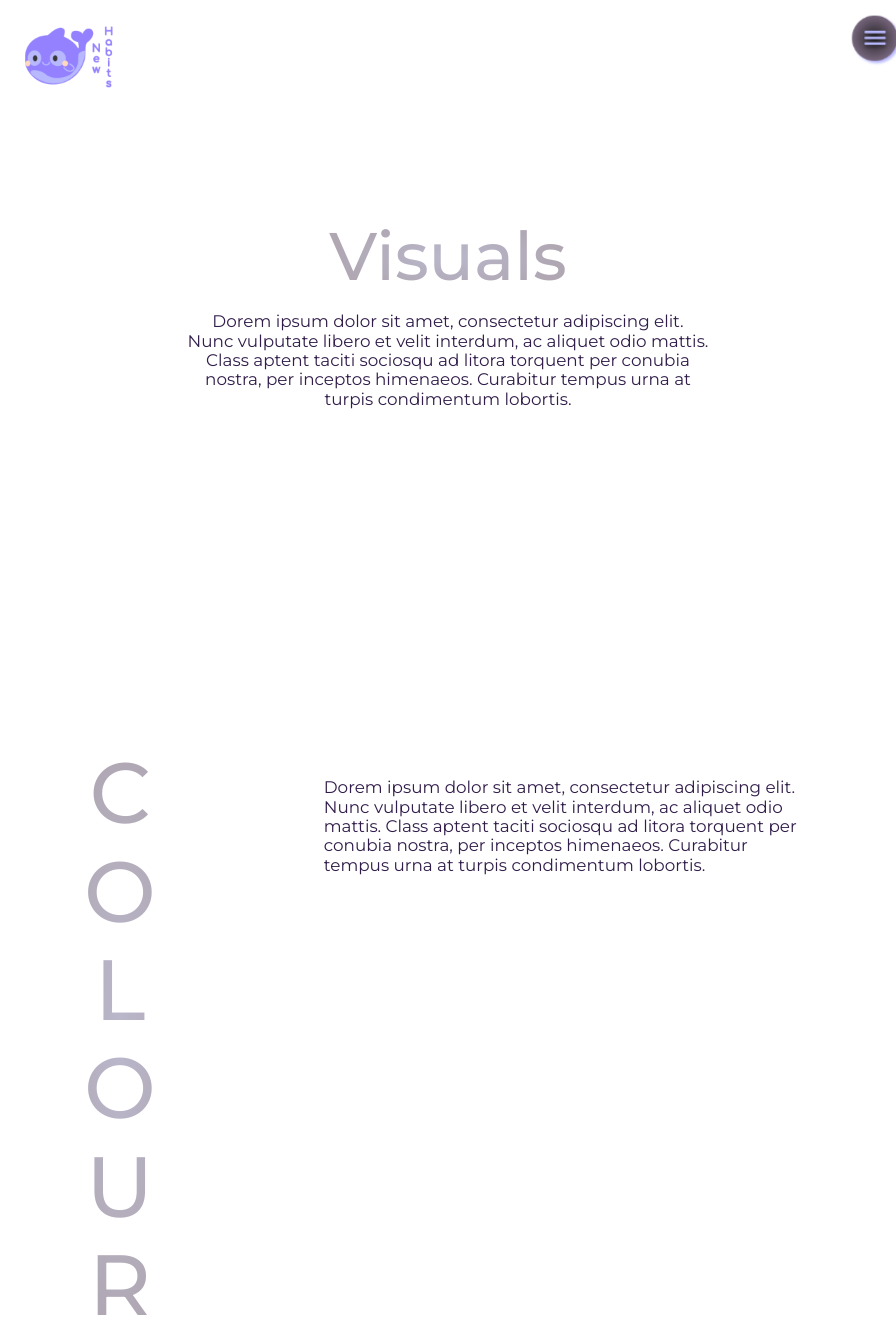
Repository: sierralaurent/Styleguide-Big_Project
Page: visuals.html
The author's editor kept a copy of each file at every save. The page is drawn from the files as they stood at one save, then again after the next save.
The browser window is 1280 px wide. The pictures show the part of the page from y = 0 to 1920 px (the page is 3164 px tall), at 70% of full size.
Some web fonts or font styles are not loaded; a fallback is used.

Above is the page before, as saved 2023-03-10 13:42:34.

### visuals.html
<!DOCTYPE html>
<html lang="en">
  <head>
    <title>New Habits Web-App | Visuals </title>
    <meta property="og:title" content="Welcome to the New Habits Web-App Home Page" />
    <meta name="viewport" content="width=device-width, initial-scale=1.0" />
    <meta charset="utf-8" />
    <link rel="icon" type="image/x-icon" href="/assets/favicon.ico">

    <link
      rel="stylesheet"
      href="https://fonts.googleapis.com/css2?family=Montserrat:ital,wght@0,100;0,200;0,300;0,400;0,500;0,600;0,700;0,800;0,900;1,100;1,200;1,300;1,400;1,500;1,600;1,700;1,800;1,900&amp;display=swap"
      data-tag="font"
    />
    <link rel="stylesheet" href="./style.css" />
    <link href="./visuals.css" rel="stylesheet" />
    <link href="./navstyle.css" rel="stylesheet" />

  </head>
  <header>
    <div class="logo">
      <a href="index.html">
        <img src="assets/logo.png" alt="logo" />
      </a>
    </div>
    <div class="navigation">
      <button class="hamburger" onclick="show()">
        <img src="assets/burger.png" />
      </button>
      <nav>
        <h1 class="menutitle">Menu</h1>
        <ul>
          <li><a href="home.html">Home</a></li>
          <li><a>Logo</a></li>
          <li><a>Colours & Typo</a></li>
          <li><a href="visuals.html">Visuals</a></li>
        </ul>
      </nav>
    </div>
    <script src="nav.js"></script>
  </header>
  <body>
    <div>
      <div class="home-container">
        <div class="home-container1">
          <div class="home-container2">
            <h1 class="home-text01 Title">Visuals</h1>
            <p class="home-text02 body">
              Dorem ipsum dolor sit amet, consectetur adipiscing elit. Nunc
              vulputate libero et velit interdum, ac aliquet odio mattis. Class
              aptent taciti sociosqu ad litora torquent per conubia nostra, per
              inceptos himenaeos. Curabitur tempus urna at turpis condimentum
              lobortis.
            </p>
          </div>
        </div>
        <div class="home-container3">
          <p class="home-text03 sidetitle">
            <span>C</span>
            <br />
            <span>O</span>
            <br />
            <span>L</span>
            <br />
            <span>O</span>
            <br />
            <span>U</span>
            <br />
            <span>R</span>
            <br />
          </p>
          <div class="home-text17 body">
            Dorem ipsum dolor sit amet, consectetur adipiscing elit. Nunc
            vulputate libero et velit interdum, ac aliquet odio mattis. Class
            aptent taciti sociosqu ad litora torquent per conubia nostra, per
            inceptos himenaeos. Curabitur tempus urna at turpis condimentum
            lobortis.
          </div>
        </div>
        <div class="home-container3">
            <p class="home-text03 sidetitle">
              <span>I</span>
              <br />
              <span>C</span>
              <br />
              <span>O</span>
              <br />
              <span>N</span>
              <br />
              <span>S</span>
              <br />
            </p>
            <p class="home-text17 body">
              Dorem ipsum dolor sit amet, consectetur adipiscing elit. Nunc
              vulputate libero et velit interdum, ac aliquet odio mattis. Class
              aptent taciti sociosqu ad litora torquent per conubia nostra, per
              inceptos himenaeos. Curabitur tempus urna at turpis condimentum
              lobortis.
            </p>
          </div>
        <footer class="home-footer">
          <p class="home-text24">
            © 2023 New Habits, All Rights Reserved.
          </p>
        </footer>
      </div>
    </div>
  </body>
</html>

### style.css
:root {
  --dl-black: #212121ff;
  --dl-creme: #f9f9ffff;
  --dl-white: #f8f9f9ff;
  --dark-purple: #311D4A;

}

.body {
  font-size: 24px;
  font-family: Montserrat;
  font-weight: 400;
  line-height: 1.15;
  text-transform: none;
  text-decoration: none;
}
.sidetitle {
  font-size: 122px;
  font-family: Montserrat;
  font-weight: 500;
  line-height: 1.15;
  text-transform: none;
  text-decoration: none;
}
.Title {
  font-size: 96px;
  font-family: Montserrat;
  font-weight: 500;
  line-height: 1.15;
  text-transform: none;
  text-decoration: none;
}

html {
  line-height: 1.15;
}
body {
  margin: 0;
}
* {
  box-sizing: border-box;
  border-width: 0;
  border-style: solid;
}
p,
li,
ul,
pre,
div,
h1,
h2,
figure,
blockquote,
figcaption {
  margin: 0;
  padding: 0;
}

a {
  color: inherit;
  text-decoration: inherit;
}
input {
  padding: 2px 4px;
}
img {
  display: block;
}
html {
  scroll-behavior: smooth;
}

### visuals.css
/* Define the scrollbar style */
::-webkit-scrollbar {
    width: 10px;
  }

  ::-webkit-scrollbar-thumb {
    background-image: linear-gradient(180deg, var(--light-purple) 0%, var(--main-purple) 99%);
    box-shadow: inset 2px 2px 5px 0 var(--creme);
    border-radius: 100px;
  }

  html {
    font-family: Montserrat;
    font-size: 24px;
    scroll-behavior: smooth;
  }

  body {
    font-weight: 400;
    font-style: normal;
    text-decoration: none;
    text-transform: none;
    letter-spacing: normal;
    line-height: 1.15;
    color: var(--black);
    background-color: var(--creme);
  }

  .home-container {
    width: 100%;
    display: flex;
    overflow: auto;
    min-height: 100vh;
    align-items: center;
    flex-direction: column;
  }
  .home-container1 {
    flex: 0 0 auto;
    width: auto;
    height: auto;
    display: flex;
    align-items: flex-start;
    justify-content: center;
  }
  .home-container2 {
    flex: 0 0 auto;
    width: auto;
    display: flex;
    align-self: center;
    margin-top: 5rem;
    align-items: center;
    margin-bottom: 15rem;
    flex-direction: column;
    justify-content: center;
  }
  .home-text {
    font-size: 36px;
    text-align: center;
    font-family: Montserrat;
    background: linear-gradient(0deg, rgba(0, 0, 0, 0.2), rgba(0, 0, 0, 0.2)),
      radial-gradient(
        50% 50% at 50% 50%,
        rgba(147, 129, 255, 0.2) 0%,
        rgba(79, 26, 98, 0.2) 94.12%
      );
    -webkit-background-clip: text;
    -webkit-text-fill-color: transparent;
    background-clip: text;
    text-fill-color: transparent;
  }
  .home-text01 {
    margin-top: 1rem;
    text-align: center;
    margin-bottom: 1rem;
    background: linear-gradient(0deg, rgba(0, 0, 0, 0.2), rgba(0, 0, 0, 0.2)),
      radial-gradient(
        50% 50% at 50% 50%,
        rgba(147, 129, 255, 0.2) 0%,
        rgba(79, 26, 98, 0.2) 94.12%
      );
    -webkit-background-clip: text;
    -webkit-text-fill-color: transparent;
    background-clip: text;
    text-fill-color: transparent;
  }
  .home-text02 {
    width: 31rem;
    text-align: center;
    color: var(--dark-purple);
  }
  .home-container3 {
    flex: 0 0 auto;
    width: 100%;
    height: auto;
    display: flex;
    align-items: flex-start;
    justify-content: center;
  }
  .home-text03 {
    width: 25rem;
    text-align: center;
    background: linear-gradient(0deg, rgba(0, 0, 0, 0.2), rgba(0, 0, 0, 0.2)),
      radial-gradient(
        50% 50% at 50% 50%,
        rgba(147, 129, 255, 0.2) 0%,
        rgba(79, 26, 98, 0.2) 94.12%
      );
    -webkit-background-clip: text;
    -webkit-text-fill-color: transparent;
    background-clip: text;
    text-fill-color: transparent;
  }
  .home-text17 {
    width: auto;
    margin-top: 5rem;
    text-align: left;
    margin-left: 5rem;
    margin-right: 5rem;
    margin-bottom: 5rem;
    color: var(--dark-purple);
  }
  .home-container4 {
    flex: 0 0 auto;
    width: auto;
    height: auto;
    display: flex;
    align-items: flex-start;
    justify-content: center;
  }
  .colours{
    border-radius: 50%;
    background-color: aqua;
  }
  .home-container5 {
    flex: 0 0 auto;
    display: flex;
    align-items: flex-start;
    flex-direction: column;
  }
  .home-text18 {
    width: auto;
    margin-top: 15rem;
    text-align: center;
    margin-bottom: 5rem;
    background: linear-gradient(0deg, rgba(0, 0, 0, 0.2), rgba(0, 0, 0, 0.2)),
      radial-gradient(
        50% 50% at 50% 50%,
        rgba(147, 129, 255, 0.2) 0%,
        rgba(79, 26, 98, 0.2) 94.12%
      );
    -webkit-background-clip: text;
    -webkit-text-fill-color: transparent;
    background-clip: text;
    text-fill-color: transparent;
  }
  .home-container6 {
    flex: 0 0 auto;
    width: auto;
    height: auto;
    display: flex;
    align-items: flex-start;
    margin-bottom: 15rem;
    justify-content: center;
  }
  .home-olivia {
    flex: 0 0 auto;
    display: flex;
    align-items: center;
    flex-direction: column;
  }
  .home-olivia-text {
    width: 25rem;
    font-size: 96px;
    text-align: center;
    font-family: Montserrat;
    font-weight: 500;
    line-height: 1.15;
    margin-bottom: 2rem;
    text-transform: none;
    text-decoration: none;
    background: linear-gradient(0deg, rgba(0, 0, 0, 0.2), rgba(0, 0, 0, 0.2)),
      radial-gradient(
        50% 50% at 50% 50%,
        rgba(147, 129, 255, 0.2) 0%,
        rgba(79, 26, 98, 0.2) 94.12%
      );
    -webkit-background-clip: text;
    -webkit-text-fill-color: transparent;
    background-clip: text;
    text-fill-color: transparent;
  }
  .home-text19 {
    width: 15rem;
    align-self: center;
    text-align: center;
    color: var(--dark-purple);
  }
  .home-elijah {
    flex: 0 0 auto;
    display: flex;
    align-items: center;
    flex-direction: column;
  }
  .home-elijah-text {
    width: 25rem;
    font-size: 96px;
    text-align: center;
    font-family: Montserrat;
    font-weight: 500;
    line-height: 1.15;
    margin-bottom: 2rem;
    text-transform: none;
    text-decoration: none;
    background: linear-gradient(0deg, rgba(0, 0, 0, 0.2), rgba(0, 0, 0, 0.2)),
      radial-gradient(
        50% 50% at 50% 50%,
        rgba(147, 129, 255, 0.2) 0%,
        rgba(79, 26, 98, 0.2) 94.12%
      );
    -webkit-background-clip: text;
    -webkit-text-fill-color: transparent;
    background-clip: text;
    text-fill-color: transparent;
  }
  .home-text20 {
    width: 15rem;
    align-self: center;
    text-align: center;
    color: var(--dark-purple);
  }
  .home-sierra {
    flex: 0 0 auto;
    display: flex;
    align-items: center;
    flex-direction: column;
  }
  .home-sierra-text {
    width: 25rem;
    font-size: 96px;
    text-align: center;
    font-family: Montserrat;
    font-weight: 500;
    line-height: 1.15;
    margin-bottom: 2rem;
    text-transform: none;
    text-decoration: none;
    background: linear-gradient(0deg, rgba(0, 0, 0, 0.2), rgba(0, 0, 0, 0.2)),
      radial-gradient(
        50% 50% at 50% 50%,
        rgba(147, 129, 255, 0.2) 0%,
        rgba(79, 26, 98, 0.2) 94.12%
      );
    -webkit-background-clip: text;
    -webkit-text-fill-color: transparent;
    background-clip: text;
    text-fill-color: transparent;
  }
  .home-text21 {
    width: 15rem;
    align-self: center;
    text-align: center;
    color: var(--dark-purple);
  }
  .home-text23 {
    width: 15rem;
    align-self: center;
    text-align: center;
  }
  .home-footer {
    width: 100%;
    height: 197px;
    display: flex;
    max-width: auto;
    align-self: center;
    align-items: center;
    padding-top: 32px;
    padding-left: 48px;
    padding-right: 48px;
    padding-bottom: 32px;
    justify-content: center;
  }
  .home-text24 {
    text-align: center;
    color: var(--dark-purple);

  }
  @media (max-width: 1600px) {
    .home-container1 {
      width: 100%;
    }
    .home-container2 {
      align-items: center;
      justify-content: center;
    }
    .home-text01 {
      margin-top: 1rem;
      margin-bottom: 1rem;
    }
    .home-container3 {
      width: 100%;
    }
    .home-text03 {
      width: auto;
      margin: 3rem;
      padding: 2rem;
    }
    .home-text17 {
      width: 40rem;
      margin-top: 7rem;
      text-align: left;
      margin-right: 5rem;
    }
    .home-container4 {
      width: auto;
      justify-content: center;
    }
    .home-container5 {
      width: auto;
      height: auto;
      align-items: center;
      justify-content: center;
    }
    .home-text18 {
      width: auto;
      height: auto;
      margin-top: 5rem;
      text-align: center;
      margin-bottom: 5rem;
    }
    .home-container6 {
      width: 100%;
      margin-bottom: 15rem;
    }
    .home-olivia {
      width: 20rem;
      height: auto;
      align-items: center;
      justify-content: center;
    }
    .home-olivia-text {
      width: auto;
      font-size: 46px;
      font-family: Montserrat;
      font-weight: 500;
      line-height: 1.15;
      margin-bottom: 2rem;
      text-transform: none;
      text-decoration: none;
    }
    .home-text19 {
      width: 15rem;
      text-transform: none;
    }
    .home-elijah {
      width: 20rem;
      height: auto;
      align-items: center;
      justify-content: center;
    }
    .home-elijah-text {
      width: auto;
      font-size: 46px;
      font-family: Montserrat;
      font-weight: 500;
      line-height: 1.15;
      margin-bottom: 2rem;
      text-transform: none;
      text-decoration: none;
    }
    .home-text20 {
      width: 15rem;
      text-transform: none;
    }
    .home-sierra {
      width: 20rem;
      height: auto;
      align-items: center;
      justify-content: center;
    }
    .home-sierra-text {
      width: auto;
      font-size: 46px;
      font-family: Montserrat;
      font-weight: 500;
      line-height: 1.15;
      margin-bottom: 2rem;
      text-transform: none;
      text-decoration: none;
    }
    .home-text21 {
      margin-bottom: 2rem;
    }
    .home-text23 {
      width: 15rem;
      text-transform: none;
      color: var(--dark-purple);
    }
  }
  @media (max-width: 1200px) {
    .home-text01 {
      margin-top: 1rem;
      margin-bottom: 1rem;
    }
    .home-container6 {
      align-items: center;
    }
    .home-olivia {
      width: 15rem;
      margin-left: 1rem;
      margin-right: 1rem;
    }
    .home-olivia-text {
      width: auto;
    }
    .home-text19 {
      width: 12rem;
    }
    .home-elijah {
      width: 15rem;
      margin-left: 1rem;
      margin-right: 1rem;
    }
    .home-elijah-text {
      width: auto;
    }
    .home-text20 {
      width: 12rem;
    }
    .home-sierra {
      width: 15rem;
      margin-left: 1rem;
    }
    .home-sierra-text {
      width: auto;
    }
    .home-text23 {
      width: 12rem;
    }
  }
  @media (max-width: 991px) {
    .home-container2 {
      width: 100%;
      height: 307px;
    }
    .home-text01 {
      margin-top: 1rem;
      margin-bottom: 1rem;
    }
    .home-container6 {
      align-items: center;
      flex-direction: column;
    }
    .home-olivia {
      width: 20rem;
      margin-bottom: 3rem;
    }
    .home-olivia-text {
      width: auto;
    }
    .home-text19 {
      width: auto;
    }
    .home-elijah {
      width: 20rem;
      margin-bottom: 3rem;
    }
    .home-elijah-text {
      width: auto;
    }
    .home-text20 {
      width: auto;
    }
    .home-sierra {
      width: 20rem;
    }
    .home-sierra-text {
      width: auto;
    }
    .home-text23 {
      width: 100%;
    }
  }
  @media (max-width: 767px) {
    .home-text01 {
      margin-top: 1rem;
      margin-bottom: 1rem;
    }
    .home-footer {
      padding-left: 32px;
      padding-right: 32px;
    }
    .home-text24 {
      text-align: center;
      margin-left: 16px;
      margin-right: 16px;
    }
  }
  @media (max-width: 479px) {
    .home-text01 {
      margin-top: 1rem;
      margin-bottom: 1rem;
    }
    .home-text02 {
      width: 479px;
    }
    .home-text03 {
      margin-top: 0rem;
      margin-left: 3rem;
      margin-right: 0rem;
      margin-bottom: 0rem;
    }
    .home-footer {
      padding: 16px;
      flex-direction: column;
    }
    .home-text24 {
      margin-left: 0px;
      margin-right: 0px;
      margin-bottom: 16px;
    }
  }

### navstyle.css
@import url("https://fonts.cdnfonts.com/css/montserrat");

* {
  margin: 0;
  padding: 0;
  font-family: "Montserrat", sans-serif;
}

a,
button {
  cursor: pointer;
}

nav {
  position: absolute;
  top: 30px;
  right: 30px;
  width: 250px;
}

.navigation {
  position: fixed;
  top: 0;
  right: -500px;
  width: 312px;
  height: 100%;
  background-image: url("assets/background.png");
  background-size: cover;
  transition: 0.5s;
  border-radius: 27px 0 0 27px;
}

.logo {
    margin: 1.5rem;
}

.menutitle {
  font-family: "Montserrat", sans-serif;
  font-style: normal;
  font-weight: 400;
  font-size: 24px;
  display: flex;
  align-items: left;
  color: rgba(255, 255, 255, 0.32);
  margin: 1rem;
}

.navigation ul li {
  display: flex;
  color: rgba(255, 255, 255, 0.5);
  line-height: 20px;
  text-align: left;
  font-weight: 500;
  list-style-type: none;
  font-size: 14px;
  padding: 20px 30px;
  border-bottom: 0px 64px 64px -32px rgba(41, 15, 0, 0.56);
  transition: all 0.3s ease;
}

.navigation ul li:hover {
  padding: 16px 20px;
  background-image: url("assets/hover.png");
  background-size: cover;
  border-radius: 12px;
}

.hamburger,
.bar {
  position: fixed;
}

.hamburger {
  display: block;
  top: 5%;
  left: 95%;
  width: 30px;
  height: 30px;
  transform: translateY(-50%);
  border: 0;
  background: 0 0;
}

.hamburger.hidden {
  display: none; /* Hide the menu button */
}

.navigation.active {
  right: 0;
  z-index: 1;
}

### nav.js
const hamburger = document.querySelector('.hamburger');
const navigation = document.querySelector('.navigation');

document.addEventListener('click', function(event) {
  const isClickInside = navigation.contains(event.target) || hamburger.contains(event.target);
  if (!isClickInside) {
    navigation.classList.remove('active');
    hamburger.classList.remove('hidden');
  }
});

hamburger.addEventListener('click', function() {
  navigation.classList.add('active');
  hamburger.classList.add('hidden');
});

After the next save:
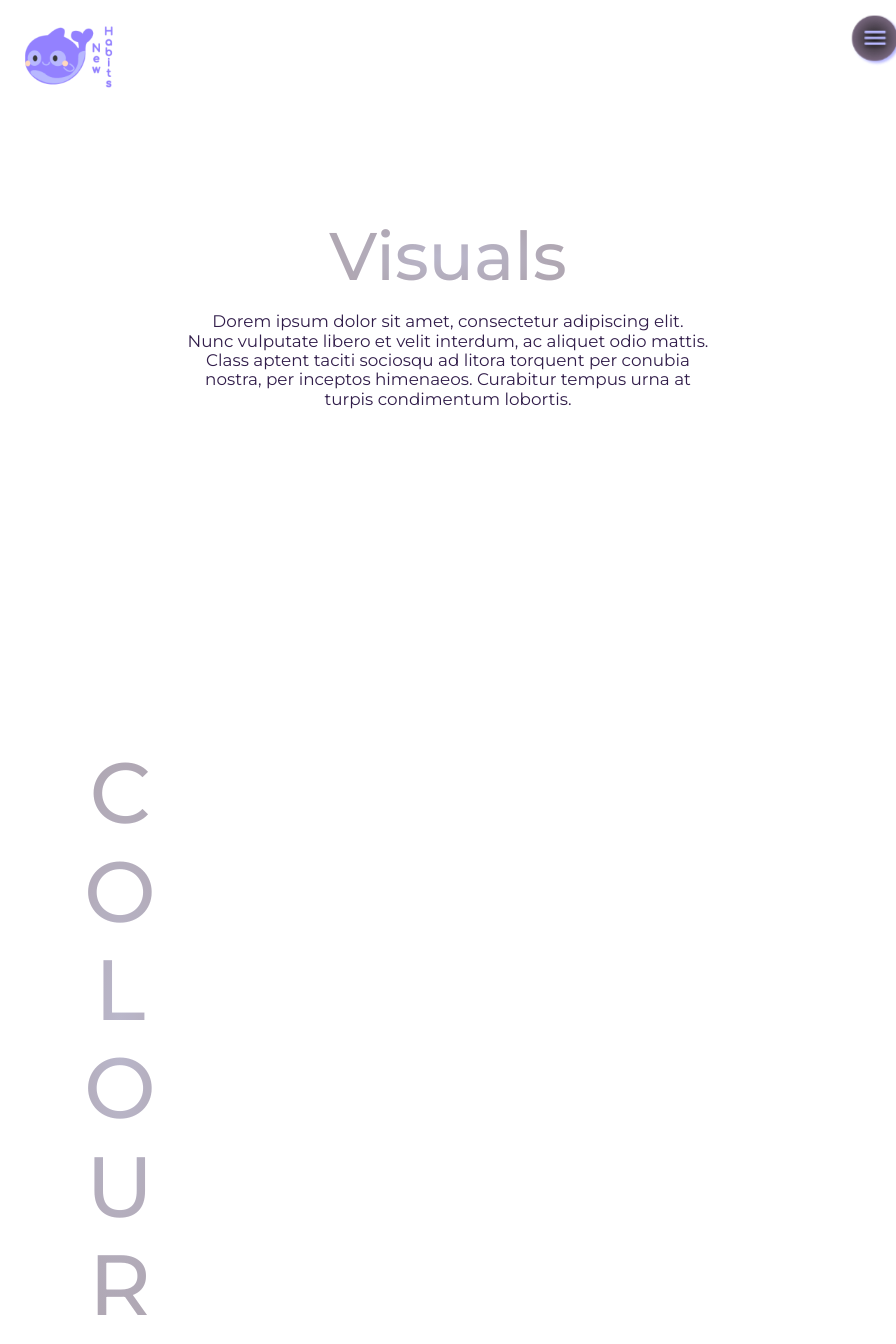
Saved 16 s later.
--- a/visuals.html
+++ b/visuals.html
@@ -70,11 +70,7 @@
             <br />
           </p>
           <div class="home-text17 body">
-            Dorem ipsum dolor sit amet, consectetur adipiscing elit. Nunc
-            vulputate libero et velit interdum, ac aliquet odio mattis. Class
-            aptent taciti sociosqu ad litora torquent per conubia nostra, per
-            inceptos himenaeos. Curabitur tempus urna at turpis condimentum
-            lobortis.
+            <div class="colours body"></div>
           </div>
         </div>
         <div class="home-container3">
